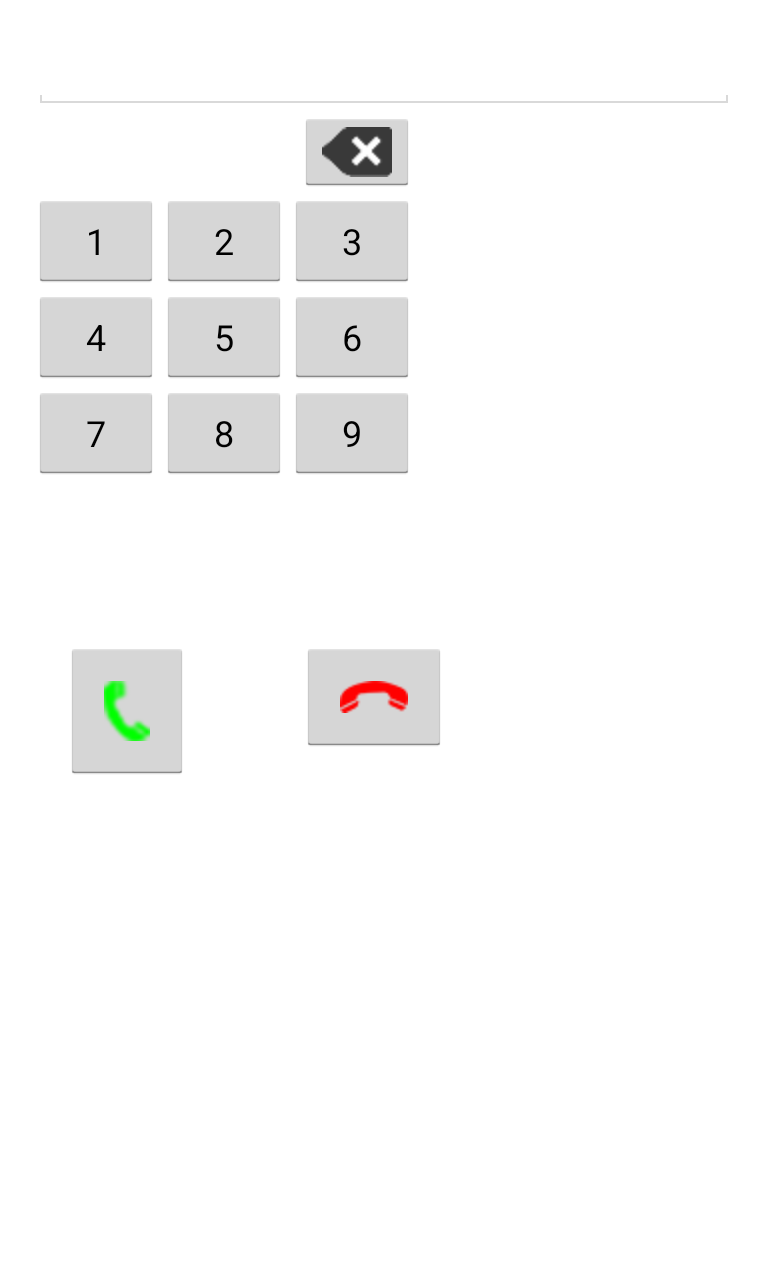
Repository: andreeastoican/Laborator03
Layout: PhoneDialer/res/layout/activity_phone_dialer.xml
These files come from the project's save history. The layout is drawn as it stood at one moment and after the next save; the edit follows.
It is drawn on a 768 x 1280 px phone screen (xhdpi) without system bars, with theme AppTheme; the app's code is not run.

Above is the layout before, as saved 2015-03-10 09:59:56.

After the next save:
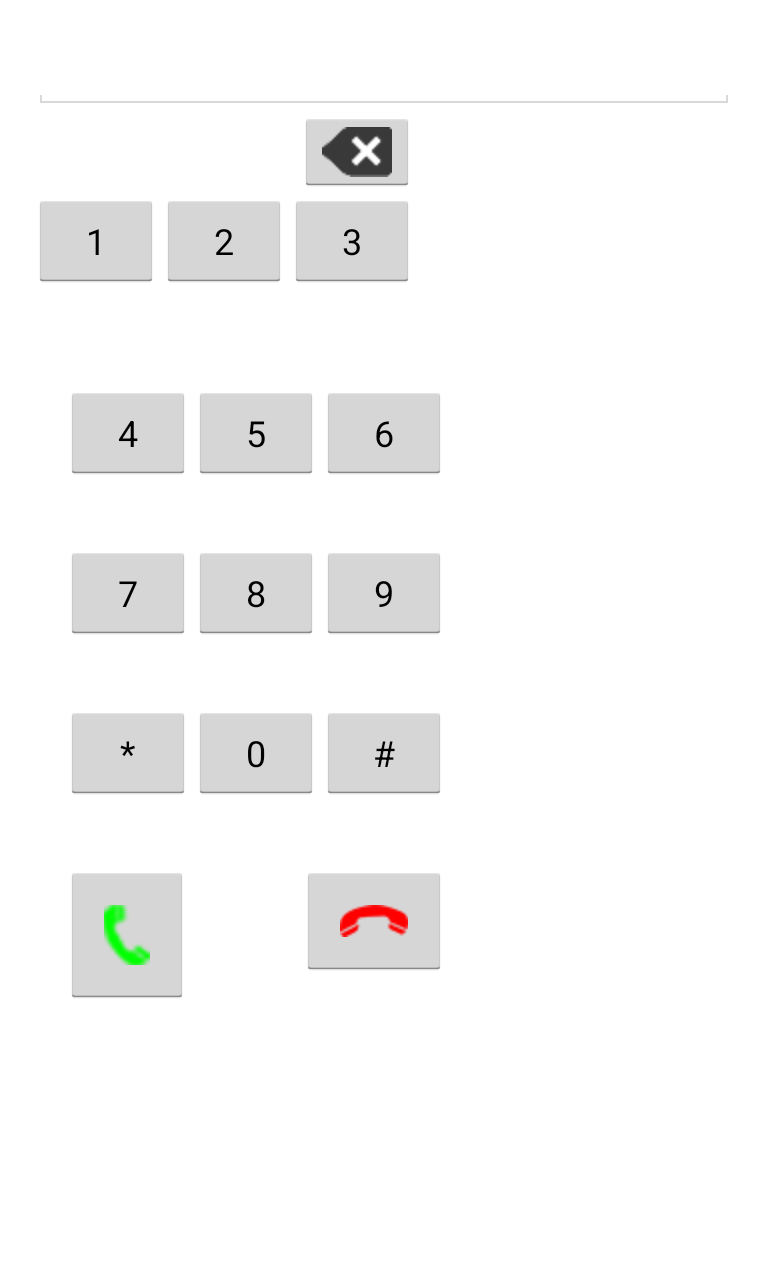
Saved 32 s later.
--- a/PhoneDialer/res/layout/activity_phone_dialer.xml
+++ b/PhoneDialer/res/layout/activity_phone_dialer.xml
@@ -56,6 +56,36 @@
 	        android:text="3"
 		    />
 
+    </GridLayout>
+
+
+
+	<LinearLayout
+	      android:id="@+id/layout1"
+		  android:layout_below="@id/id_img_button"
+		  android:layout_width="wrap_content"
+		  android:layout_height="wrap_content"
+		  android:paddingBottom="@dimen/activity_vertical_margin"
+		  android:paddingLeft="@dimen/activity_horizontal_margin"
+		  android:paddingRight="@dimen/activity_horizontal_margin"
+		  android:paddingTop="@dimen/activity_vertical_margin"
+		  android:orientation="horizontal">
+
+
+
+	</LinearLayout>
+
+	<LinearLayout
+	  android:layout_below="@id/layout1"
+	  android:id="@+id/layout2"
+	  android:layout_width="wrap_content"
+	  android:layout_height="wrap_content"
+	  android:paddingBottom="@dimen/activity_vertical_margin"
+	  android:paddingLeft="@dimen/activity_horizontal_margin"
+	  android:paddingRight="@dimen/activity_horizontal_margin"
+	  android:paddingTop="@dimen/activity_vertical_margin"
+	  android:orientation="horizontal">
+
 		<Button
 		    android:id="@+id/id4"
 		    android:layout_width="wrap_content"
@@ -75,28 +105,7 @@
 	        android:text="6"
 		    />
 
-		<Button
-		    android:id="@+id/id7"
-		    android:layout_width="wrap_content"
-	        android:layout_height="wrap_content"
-	        android:text="7"
-		    />
-		<Button
-		    android:id="@+id/id8"
-		    android:layout_width="wrap_content"
-	        android:layout_height="wrap_content"
-	        android:text="8"
-		    />
-		<Button
-		    android:id="@+id/id9"
-		    android:layout_width="wrap_content"
-	        android:layout_height="wrap_content"
-	        android:text="9"
-		    />
-
-    </GridLayout>
-
-
+	</LinearLayout>
 
 
 	<LinearLayout
@@ -110,7 +119,24 @@
 	  android:paddingTop="@dimen/activity_vertical_margin"
 	  android:orientation="horizontal">
 
-
+		<Button
+		    android:id="@+id/id7"
+		    android:layout_width="wrap_content"
+	        android:layout_height="wrap_content"
+	        android:text="7"
+		    />
+		<Button
+		    android:id="@+id/id8"
+		    android:layout_width="wrap_content"
+	        android:layout_height="wrap_content"
+	        android:text="8"
+		    />
+		<Button
+		    android:id="@+id/id9"
+		    android:layout_width="wrap_content"
+	        android:layout_height="wrap_content"
+	        android:text="9"
+		    />
 
 	</LinearLayout>
 
@@ -125,11 +151,28 @@
 	  android:paddingTop="@dimen/activity_vertical_margin"
 	  android:orientation="horizontal">
 
-
+		<Button
+		    android:id="@+id/id10"
+		    android:layout_width="wrap_content"
+	        android:layout_height="wrap_content"
+	        android:text="*"
+		    />
+		<Button
+		    android:id="@+id/id0"
+		    android:layout_width="wrap_content"
+	        android:layout_height="wrap_content"
+	        android:text="0"
+		    />
+		<Button
+		    android:id="@+id/id11"
+		    android:layout_width="wrap_content"
+	        android:layout_height="wrap_content"
+	        android:text="#"
+		    />
 	</LinearLayout>
 
 	<RelativeLayout
-
+	  android:layout_below="@id/layout4"
 	  android:layout_width="wrap_content"
 	  android:layout_height="wrap_content"
 	  android:paddingBottom="@dimen/activity_vertical_margin"
